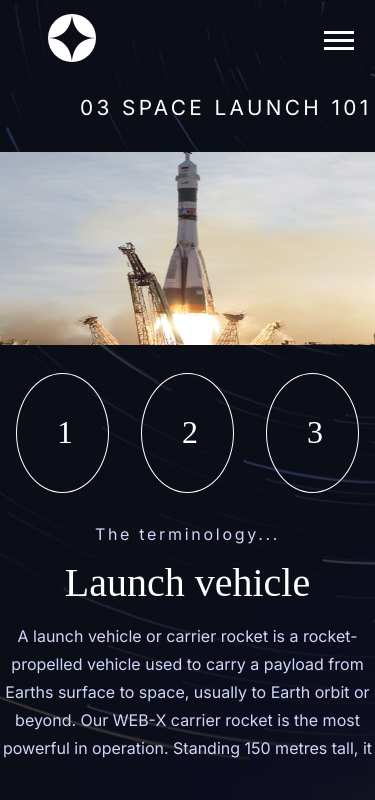
Repository: nilesjamex/space
Page: /Technology
The author's editor kept a copy of each file at every save. The page is drawn from the files as they stood at one save, then again after the next save.
The browser window is 375 px wide. The pictures show the whole page.
Some web fonts or font styles are not loaded; a fallback is used. The project was rebuilt for these pictures with package versions that can differ from the ones it lists, and the page was loaded fresh each time. The framework's server and built-in components were replaced by stand-ins that run in the browser. Also part of the build but not shown: next.config.js.

Above is the page before, as saved 2022-01-09 00:19:06.

After the next save:
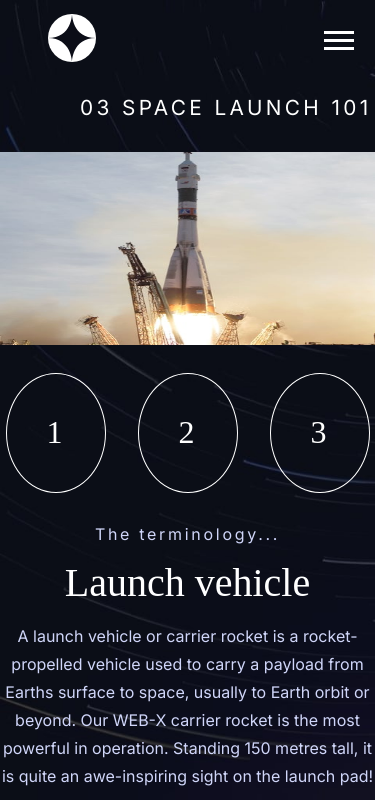
Saved 2 min 15 s later.
--- a/styles/globals.css
+++ b/styles/globals.css
@@ -8,11 +8,22 @@ a {
   padding: 0;
   box-sizing: border-box;
   max-width: 100%;
-  max-height: 100vh;
-  overflow-y: hidden;
+  max-height: 100%;
+
 }
 
 li {
   list-style: none;
   cursor: pointer;
 }
+
+@media screen and (max-width: 500px) {
+  *{
+    margin: 0;
+    padding: 0;
+    box-sizing: border-box;
+    max-width: 100%;
+    max-height: 100%;
+    overflow-y: none;
+  }
+}
